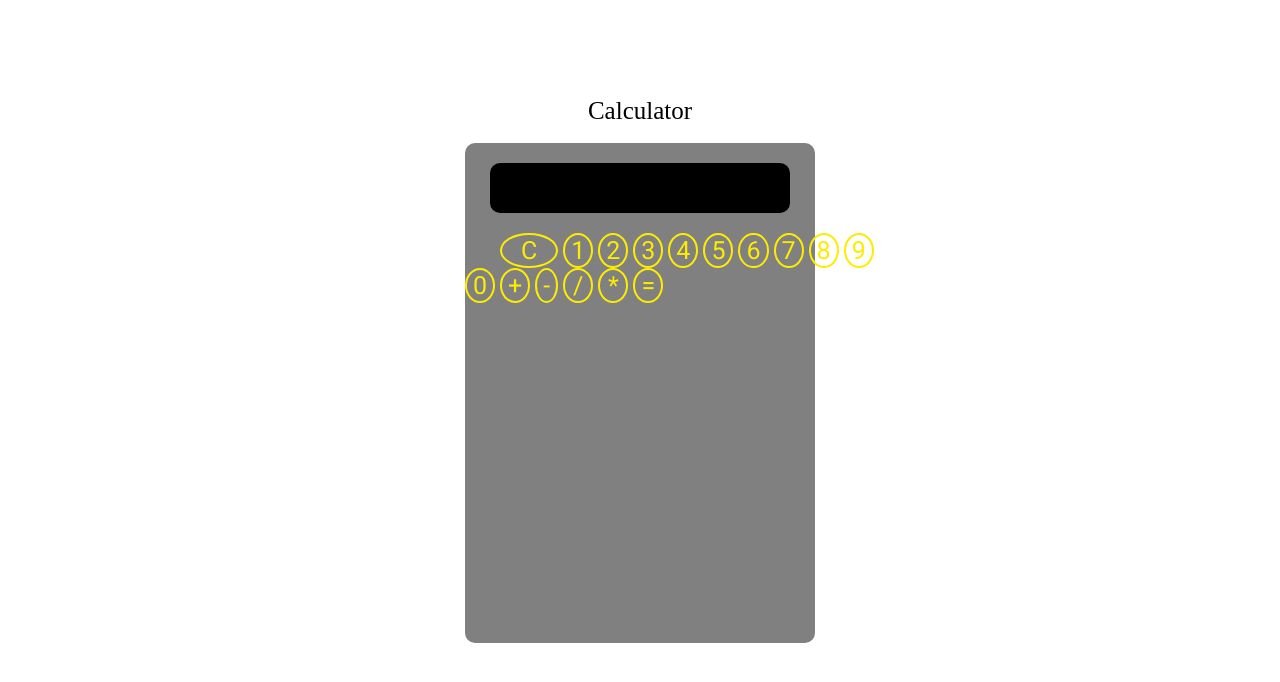
Repository: Gibon9/SimpleCalc
Page: index.html
The author's editor kept a copy of each file at every save. The page is drawn from the files as they stood at one save, then again after the next save.
The browser window is 1280 px wide. The pictures show the whole page.
Some web fonts or font styles are not loaded; a fallback is used.

Above is the page before, as saved 2020-11-27 18:42:33.

### index.html
<!DOCTYPE html>
<html lang="en">
  <head>
    <meta charset="UTF-8" />
    <meta name="viewport" content="width=device-width, initial-scale=1.0" />
    <link rel="stylesheet" href="style/reset.css" />
    <link rel="stylesheet" href="style/style.css" />
    <title>Calculator</title>
  </head>

  <body>
    <main class="main">
      <h1 class="title">Calculator</h1>
      <section class="clac">
        <div class="calc-display" id="display"></div>
        <section class="keyboard" id="keyboard">
          <button class="calc-button c-btn" id="clear">C</button>
          <button class="calc-button" id="btn1">1</button>
          <button class="calc-button" id="btn2">2</button>
          <button class="calc-button" id="btn3">3</button>
          <button class="calc-button" id="btn4">4</button>
          <button class="calc-button" id="btn5">5</button>
          <button class="calc-button" id="btn6">6</button>
          <button class="calc-button" id="btn7">7</button>
          <button class="calc-button" id="btn8">8</button>
          <button class="calc-button" id="btn9">9</button>
          <button class="calc-button" id="btn0">0</button>
          <button class="calc-button" id="plus">+</button>
          <button class="calc-button" id="minus">-</button>
          <button class="calc-button" id="divide">/</button>
          <button class="calc-button" id="multiply">*</button>
          <button class="calc-button" id="equal">=</button>
        </section>
      </section>
    </main>
    <script src="./index.js"></script>
  </body>
</html>

### style/style.css
@import url("https://fonts.googleapis.com/css2?family=Roboto&family=Saira+Stencil+One&display=swap");

:root {
  --background-color: grey;
  --display-color: black;
  --primary-color: #05e93a;
  --secondary-color: #feec00;
}

.calc-display,
.title {
  font-family: "Saira Stencil One", cursive;
}

.calc-button {
  font-family: "Roboto", sans-serif;
}

.main {
  display: flex;
  flex-direction: column;
  justify-content: center;
  align-items: center;
  width: 100vw;
  height: 100vh;
}

.title {
  font-size: 25px;
  margin: 20px 0;
}

.clac {
  width: 350px;
  height: 500px;
  background-color: var(--background-color);
  border-radius: 10px;
}

.calc-display {
  margin: 20px auto;
  width: 300px;
  height: 50px;
  background-color: var(--display-color);
  color: var(--primary-color);
  border-radius: 10px;
  font-size: 40px;
}

.keyboard {
  display: grid;
  grid-template-columns: repeat(12, 1fr);
  grid-template-rows: repeat(12, 1fr);
  column-gap: 5px;
}

.calc-button {
  font-size: 25px;
  color: var(--secondary-color);
  background-color: transparent;
  border: 2px solid var(--secondary-color);
  border-radius: 50%;
}

.c-btn {
  grid-column: 2/4;
}

Loaded but not shown: style/reset.css (common file); index.js (no copy from this time; the picture is the same without it)

After the next save:
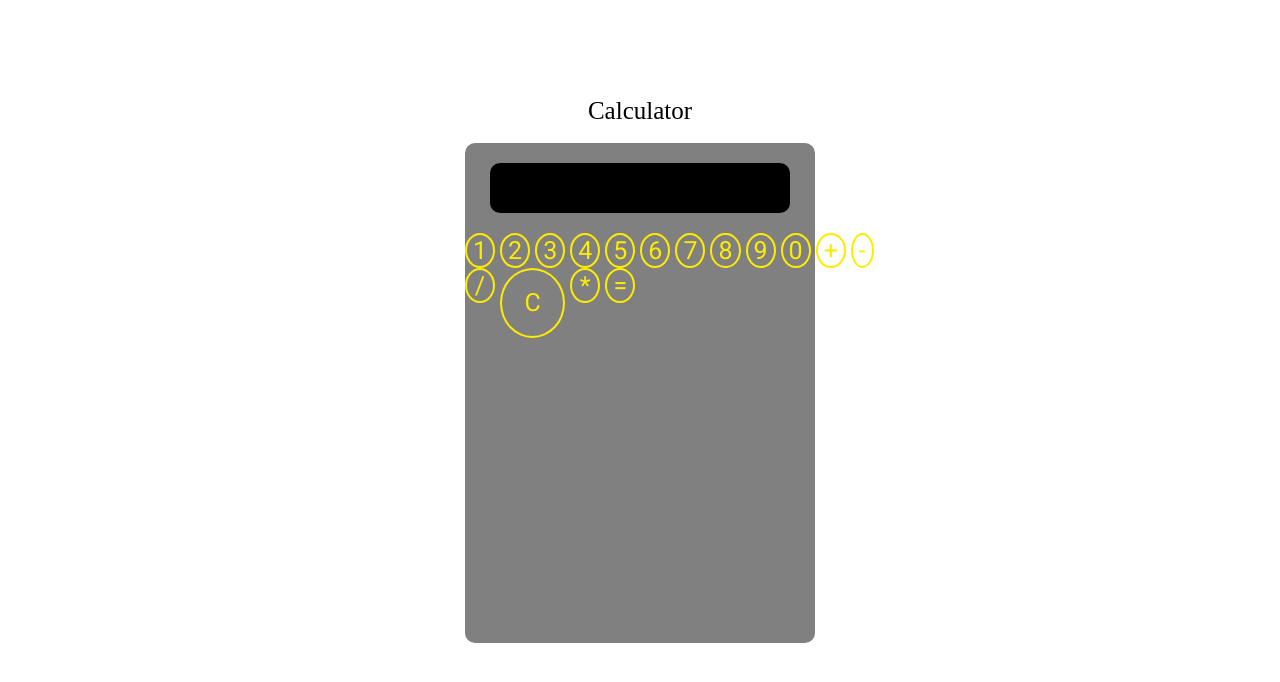
Saved 26 s later.
--- a/style/style.css
+++ b/style/style.css
@@ -64,4 +64,5 @@
 
 .c-btn {
   grid-column: 2/4;
+  grid-row: 2/4;
 }
